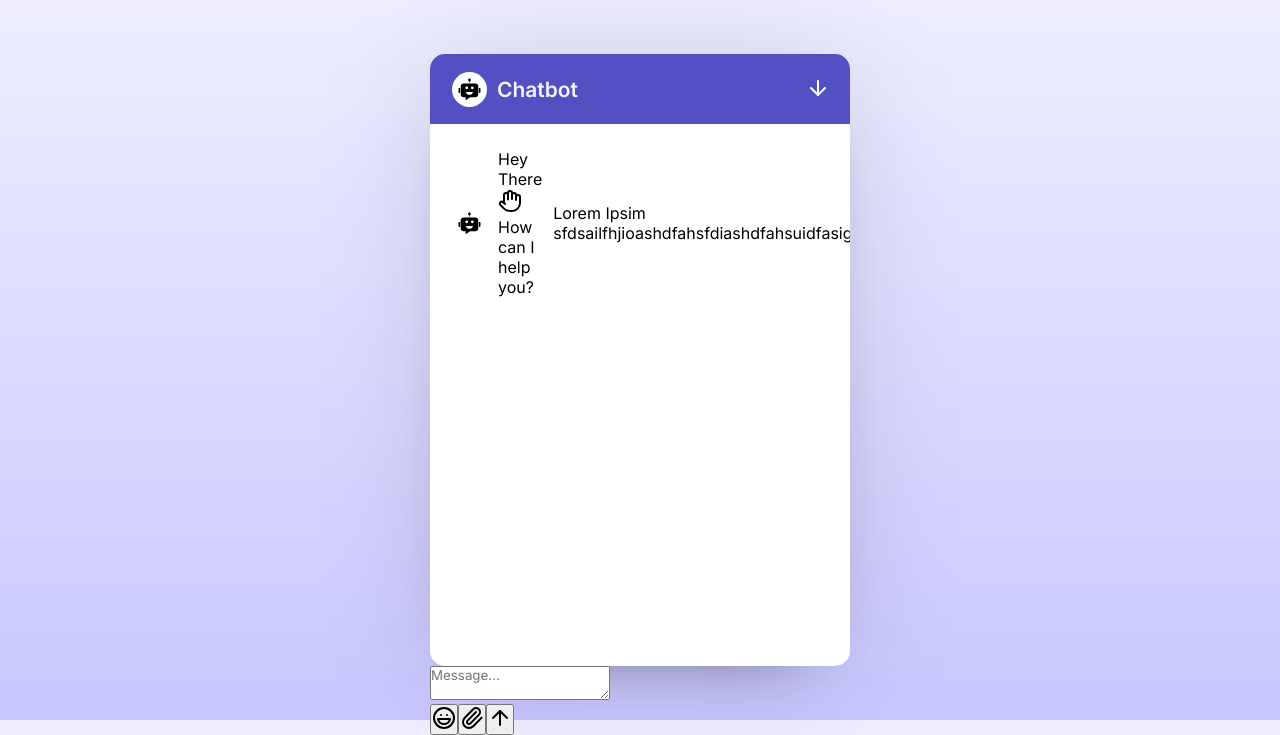
Repository: guilhermecardoso93/ai-bot
Page: /
These files come from the project's save history. The page is drawn as it stood at one moment and after the next save; the edit follows.
The browser window is 1280 px wide. The pictures show the whole page.
The project was rebuilt for these pictures with package versions that can differ from the ones it lists, and the page was loaded fresh each time. Also part of the build but not shown: vite.config.js.

Above is the page before, as saved 2024-11-11 20:48:51.

After the next save:
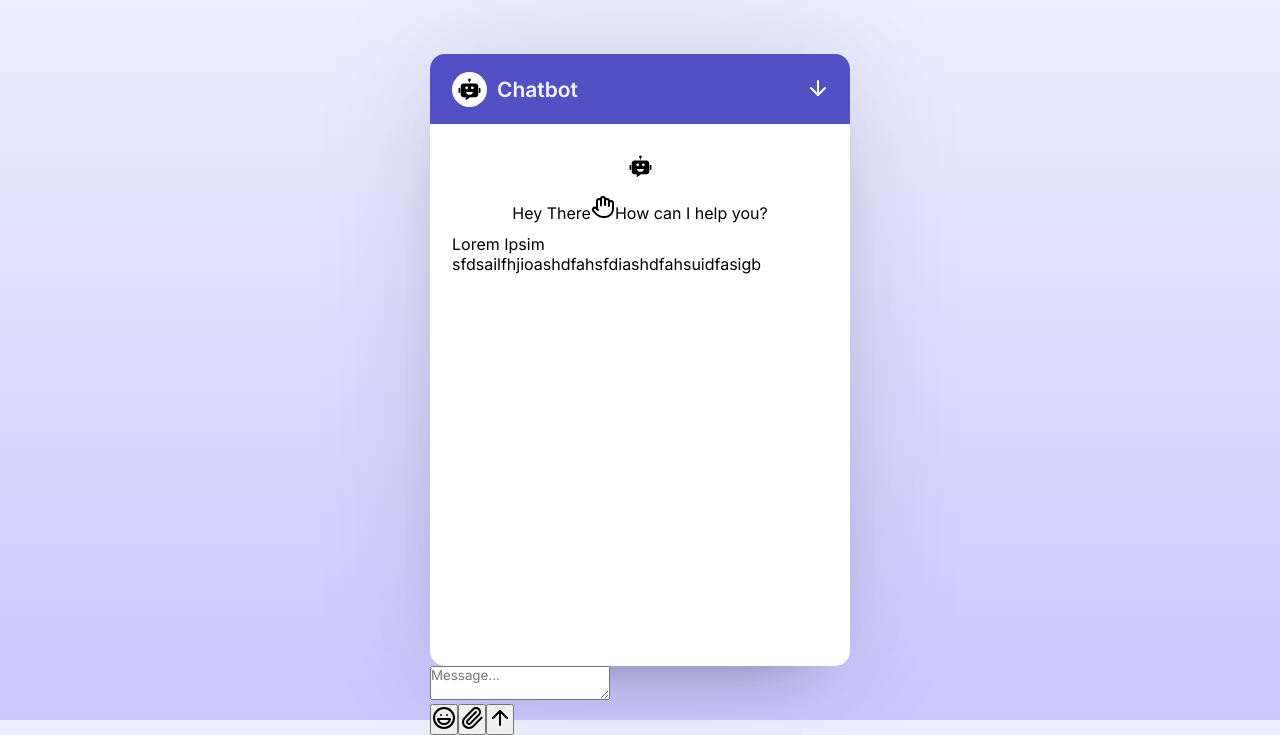
Saved 32 s later.
--- a/src/index.css
+++ b/src/index.css
@@ -89,6 +89,7 @@ body {
 
 .chat-body .message {
   display: flex;
+  flex-direction: column;
   gap: 11px;
   align-items: center;
 }
@@ -97,7 +98,7 @@ body {
   display: flex;
   gap: 11px;
   align-items: center;
-  flex-direction: row;
+  flex-direction: column;
 
 }
 
